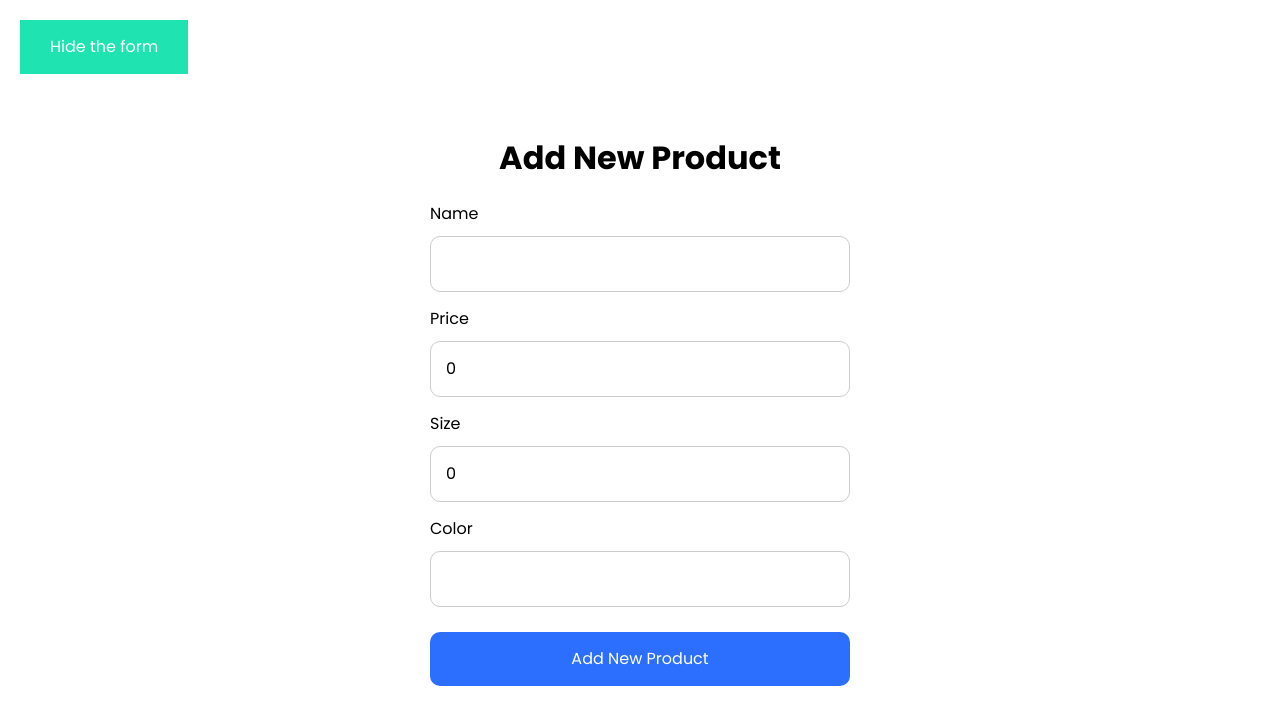
Repository: hoang0508/ReactJsHoiDanIT
Page: /form
An editor plug-in stored every save of this project. The page is shown before and after the next save, followed by the edit.
The browser window is 1280 px wide. The pictures show the whole page.
The project was rebuilt for these pictures with package versions that can differ from the ones it lists, and the page was loaded fresh each time.

Above is the page before, as saved 2022-02-24 14:15:45.

After the next save:
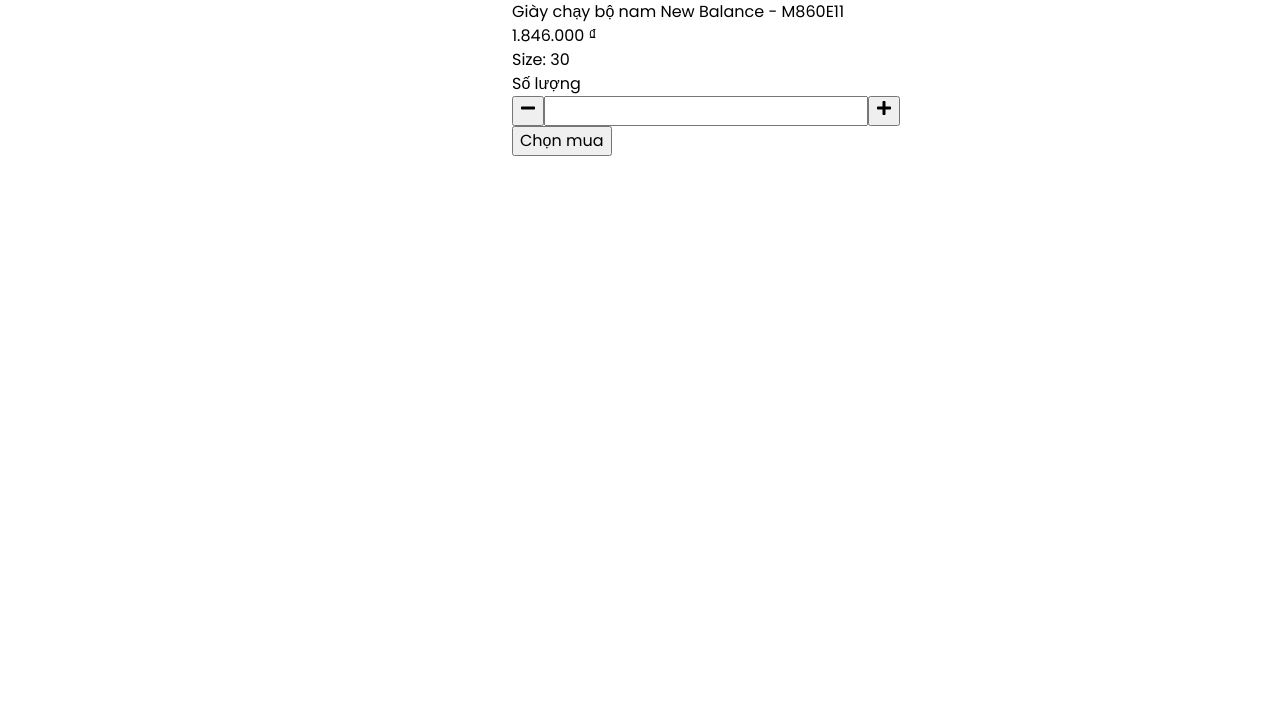
Saved 27 s later.
--- a/src/App.js
+++ b/src/App.js
@@ -1,12 +1,14 @@
 // import logo from "./logo.svg";
 import "./App.css";
-import AddNewProduct from "./components/Form/AddNewProduct";
+// import AddNewProduct from "./components/Form/AddNewProduct";
+import Product from "./components/Products/Product";
 // import Home from "./components/TodoApp/Home";
 
 const App = () => {
   return (
     <>
-      <AddNewProduct />
+      {/* <AddNewProduct /> */}
+      <Product />
     </>
   );
 };
